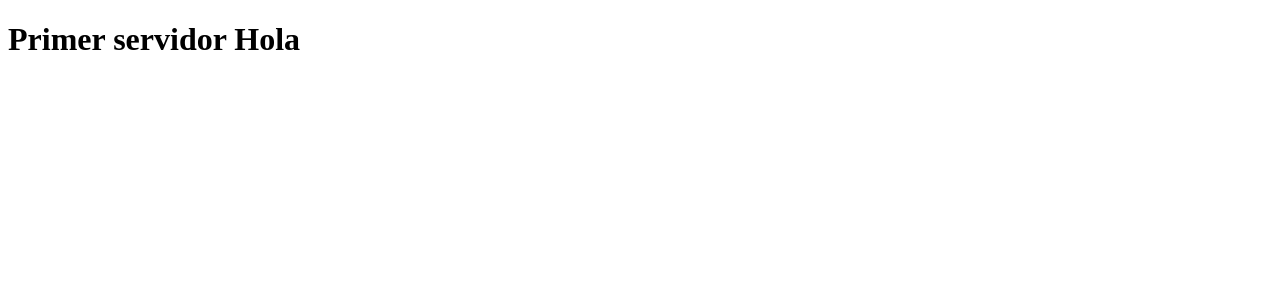
Repository: CamiloS28/Tercer-semestre-oficial
Page: http://localhost/JavaJSPSample/hola.jsp
These files come from the project's save history. The page is drawn as it stood at one moment and after the next save; the edit follows.
The browser window is 1280 px wide. The pictures show the whole page.
The page is served by Tomcat 9.

Above is the page before, as saved 2023-03-17 13:13:35.

### Prorgamacion 2/Segundo corte/JAVA web/JavaJSPSample/src/main/webapp/hola.jsp
<%@ page language="java" contentType="text/html; charset=ISO-8859-1"
    pageEncoding="ISO-8859-1"%>
<!DOCTYPE html>
<html>
<head>
<meta charset="ISO-8859-1">
<title>Primer server</title>
</head>
<body>
<h1>Primer servidor Hola</h1>
</body>
</html>

After the next save:
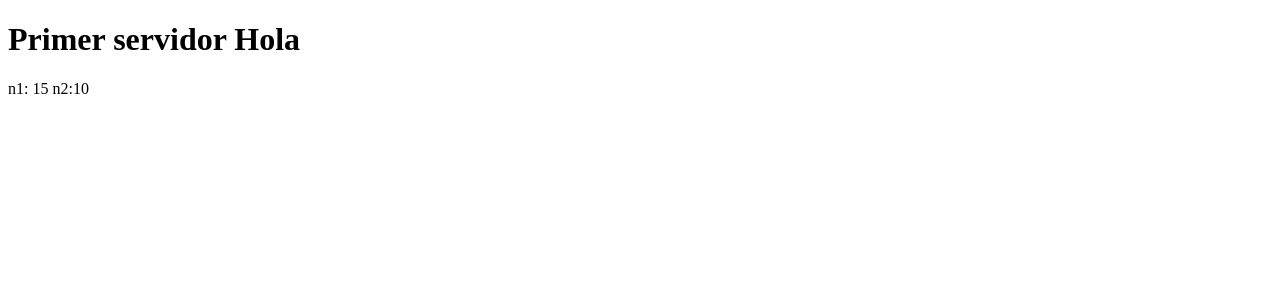
Saved 16 min 49 s later.
--- a/Prorgamacion 2/Segundo corte/JAVA web/JavaJSPSample/src/main/webapp/hola.jsp
+++ b/Prorgamacion 2/Segundo corte/JAVA web/JavaJSPSample/src/main/webapp/hola.jsp
@@ -8,5 +8,16 @@
 </head>
 <body>
 <h1>Primer servidor Hola</h1>
+<%
+//MANEJO DE DECLARACIONES Y EXPRESIONES EN JSP
+int n1 = 15;
+int n2 = 10;
+int s;
+%>
+<%
+s = n1 + n2;
+out.println("n1: " + n1);
+out.println("n2:" + n2);
+%>
 </body>
 </html>
